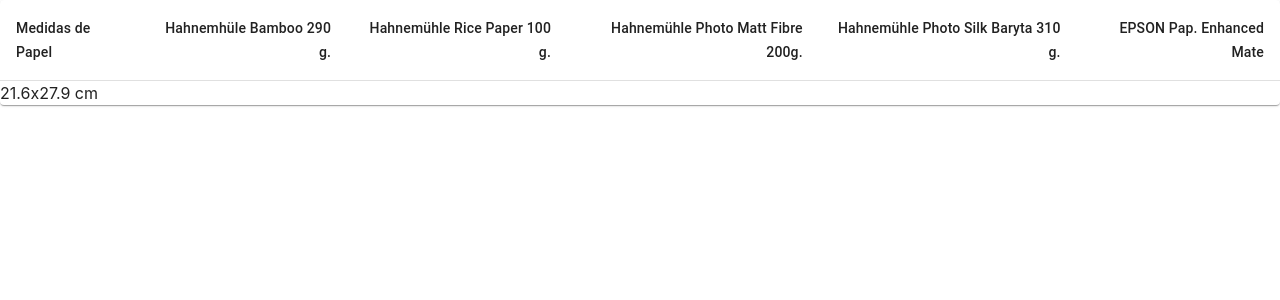
Repository: BrendaCarranco/eme-lab
Page: /Precios
The author's editor kept a copy of each file at every save. The page is drawn from the files as they stood at one save, then again after the next save.
The browser window is 1280 px wide. The pictures show the whole page.
Some web libraries are served in a nearby version. The project was rebuilt for these pictures with package versions that can differ from the ones it lists, and the page was loaded fresh each time. Also part of the build but not shown: src/components/buildingPage/Building.js, src/temaConfig.js, src/components/buildingPage/Landing.js, src/components/login/Reset.js, src/components/Dashboard/Title.js, src/components/Dashboard/Cotizacion.js, src/components/Dashboard/Historial.js, src/components/Dashboard/Membresias.js and 11 more.

Above is the page before, as saved 2020-08-31 03:18:00.

After the next save:
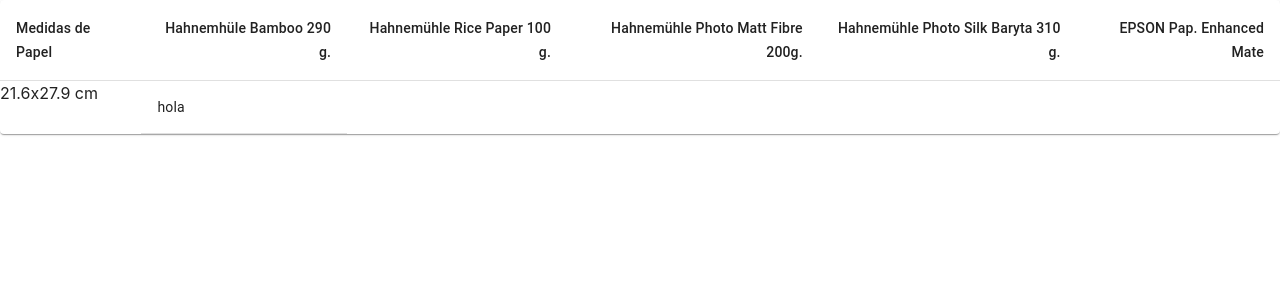
Saved 14 s later.
--- a/src/components/Dashboard/Precios.js
+++ b/src/components/Dashboard/Precios.js
@@ -60,12 +60,10 @@
         <TableBody>
         <TableRow>
          21.6x27.9 cm
-         {
-             precios.map(item =>(
+
+
                 <TableCell>hola</TableCell>
 
-             ))
-         }
 
         </TableRow>
 
